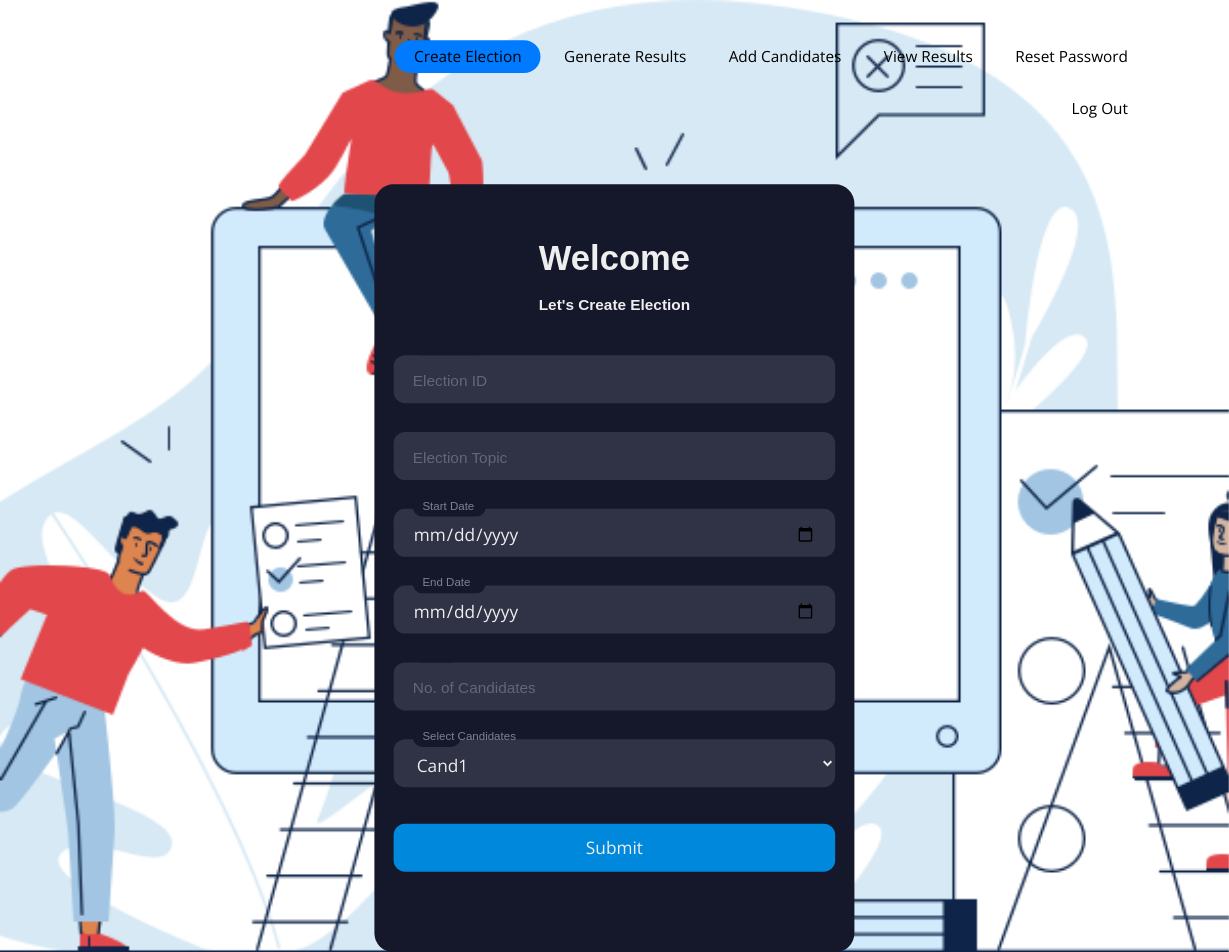
Repository: CS699-IITB-Autumn-2021/project-alpha_team
Page: http://localhost/admin.html
The author's editor kept a copy of each file at every save. The page is drawn from the files as they stood at one save, then again after the next save.
The browser window is 1280 px wide. The pictures show the whole page, at 96% of full size.
The page is served by the project's application, run on Flask 3 (app.py).

Above is the page before, as saved 2021-10-26 12:56:49.
Console error: ReferenceError: $ is not defined

After the next save:
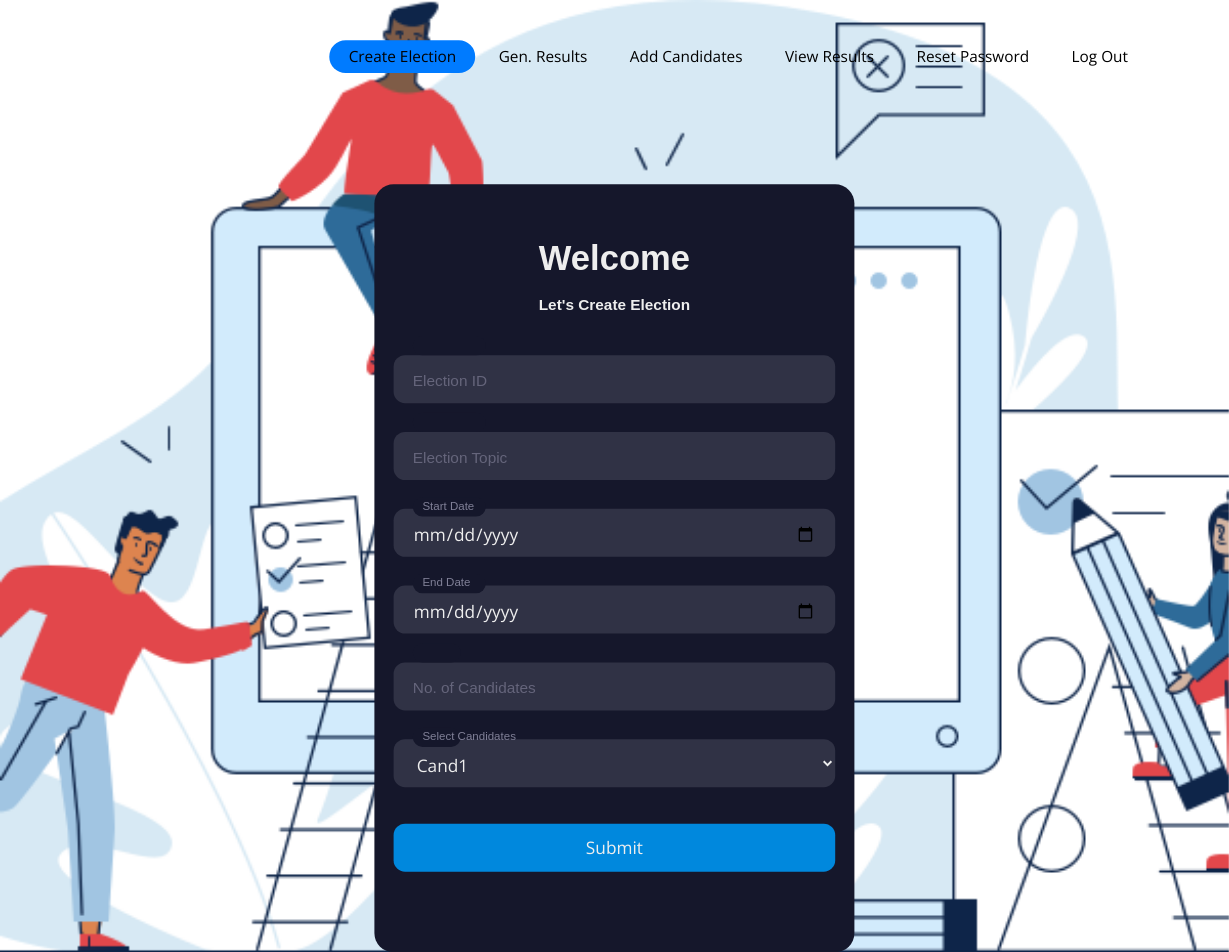
Saved 23 s later.
--- a/IVote/templates/admin.html
+++ b/IVote/templates/admin.html
@@ -46,7 +46,7 @@
 
             <ul class="site-menu js-clone-nav mr-auto d-none d-lg-block">
               <li class="active"><a href="admin.html"><span>Create Election</span></a></li>
-              <li><a href="/logout"><span>Generate Results</span></a></li>
+              <li><a href="/logout"><span>Gen. Results</span></a></li>
               <li><a href="addcandidate.html"><span>Add Candidates</span></a></li>
               <li><a href="results.html"><span>View Results</span></a></li>
               <li><a href="forgotPassword.html"><span>Reset Password</span></a></li>
